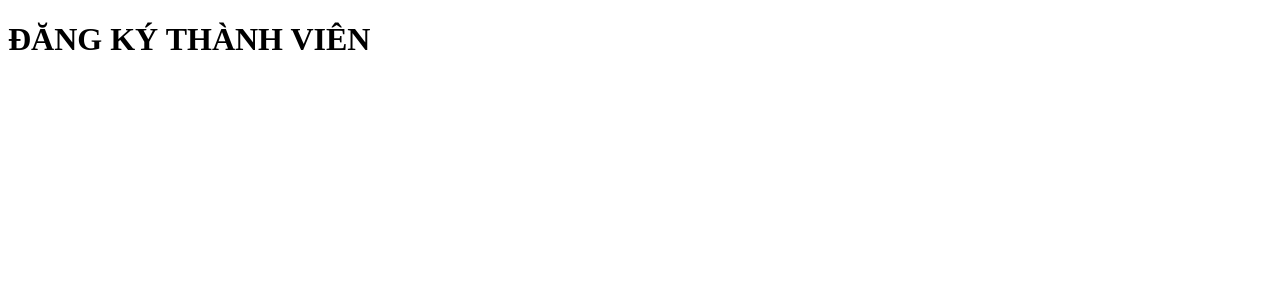
Repository: vnmk1/jsp_servlet-tutorials
Page: Bai2_HTML/src/main/webapp/register.html
These files come from the project's save history. The page is drawn as it stood at one moment and after the next save; the edit follows.
The browser window is 1280 px wide. The pictures show the whole page.

Above is the page before, as saved 2023-07-15 09:05:10.

### Bai2_HTML/src/main/webapp/register.html
<!DOCTYPE html>
<html>
<head>
<meta charset="UTF-8">
<title>Đăng ký</title>
</head>
<body>
<h1>ĐĂNG KÝ THÀNH VIÊN</h1>

</body>
</html>

After the next save:
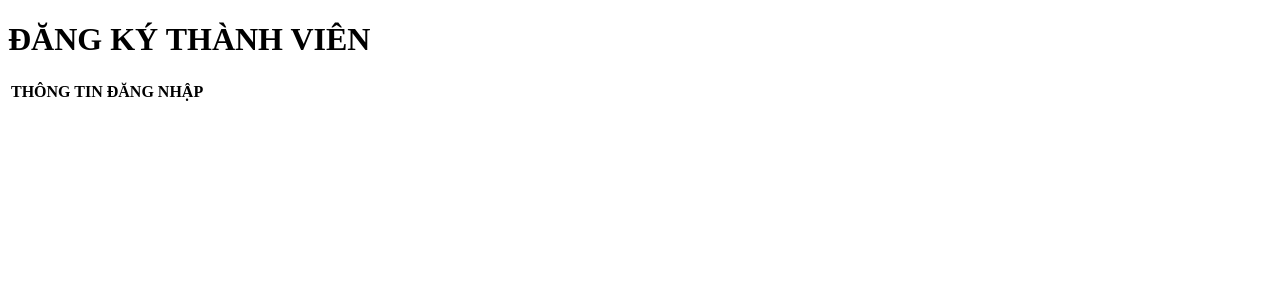
Saved 3 min 1 s later.
--- a/Bai2_HTML/src/main/webapp/register.html
+++ b/Bai2_HTML/src/main/webapp/register.html
@@ -6,6 +6,12 @@
 </head>
 <body>
 <h1>ĐĂNG KÝ THÀNH VIÊN</h1>
-
+<table>
+	<tbody>
+		<tr>
+			<td><b>THÔNG TIN ĐĂNG NHẬP</b></td>
+		</tr>
+	</tbody>
+</table>
 </body>
 </html>
